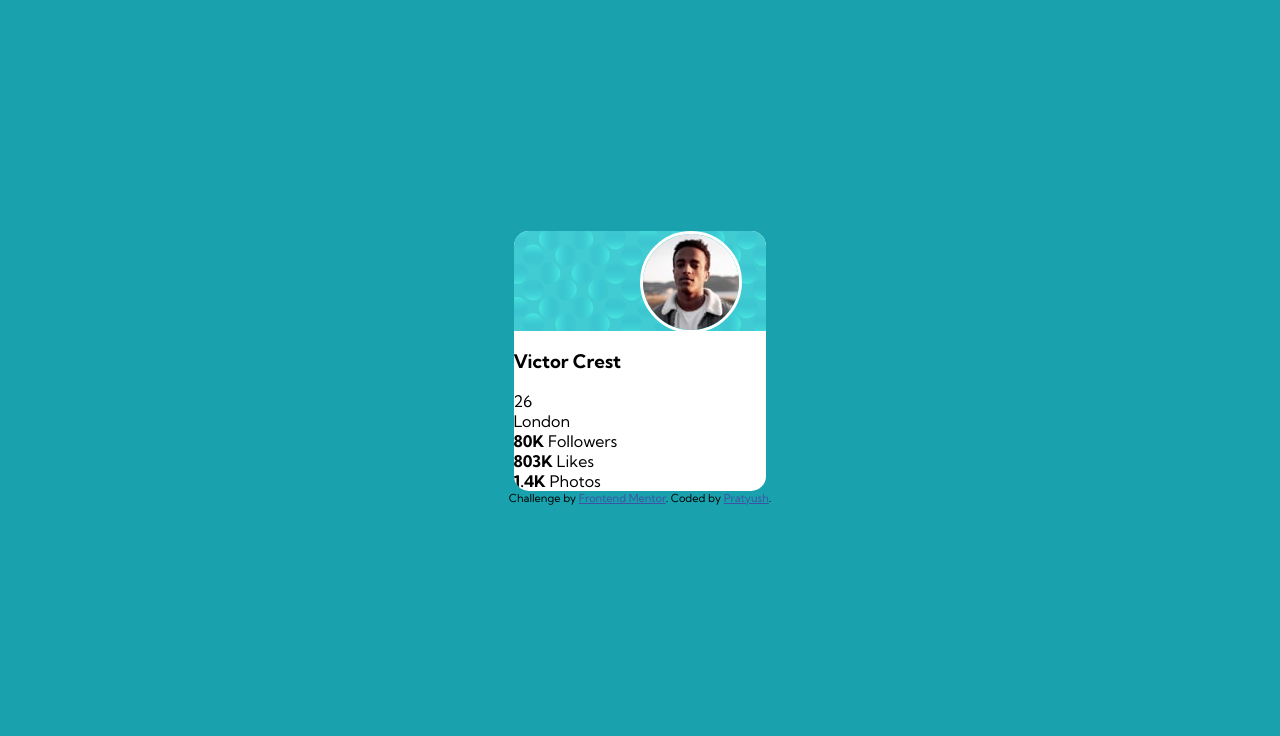
Repository: PratypartyY2K/frontendmentor-challenges
Page: profile-card-component-main/index.html
The author's editor kept a copy of each file at every save. The page is drawn from the files as they stood at one save, then again after the next save.
The browser window is 1280 px wide. The pictures show the whole page.

Above is the page before, as saved 2021-07-15 13:16:00.

After the next save:
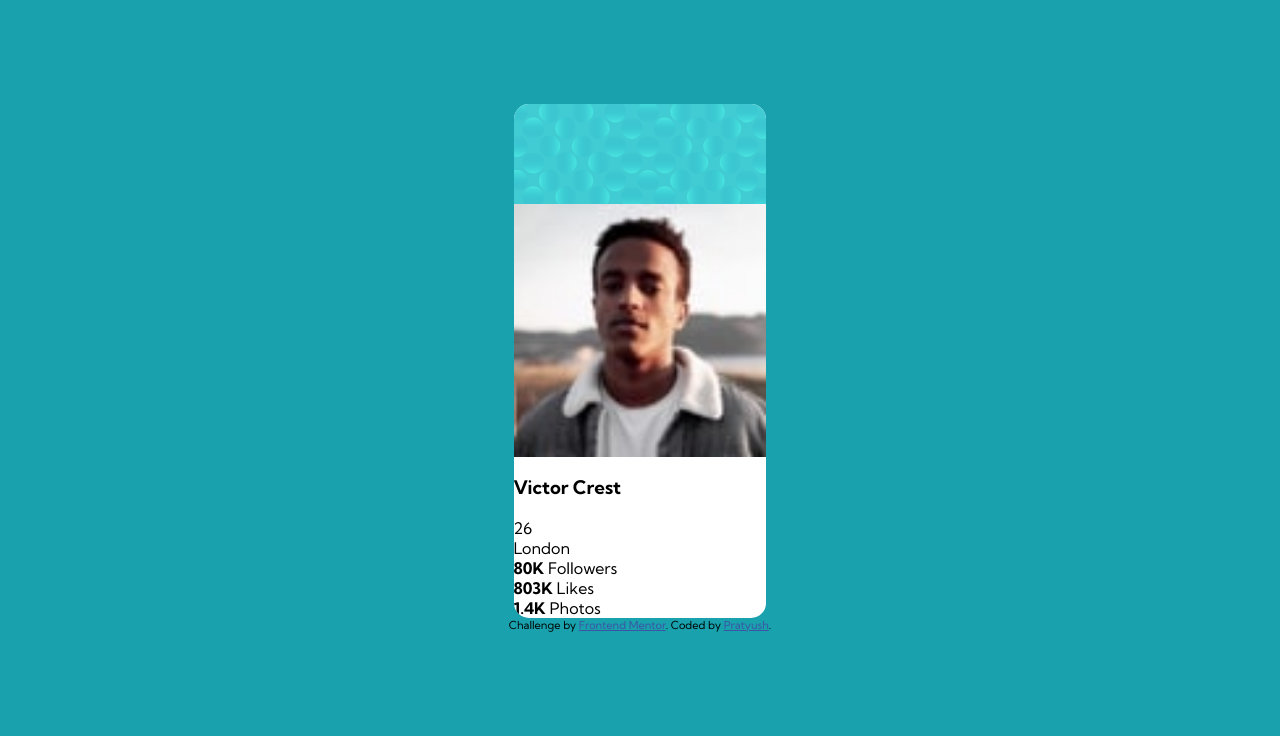
Saved 11 s later.
--- a/profile-card-component-main/style.css
+++ b/profile-card-component-main/style.css
@@ -36,7 +36,7 @@ body {
     height: 100px;
 }
 
-.card-wrapper > img {
+.card-wrapper + img {
     position: absolute;
     border-radius: 50%;
     border: 3px solid white;

After the save that followed:
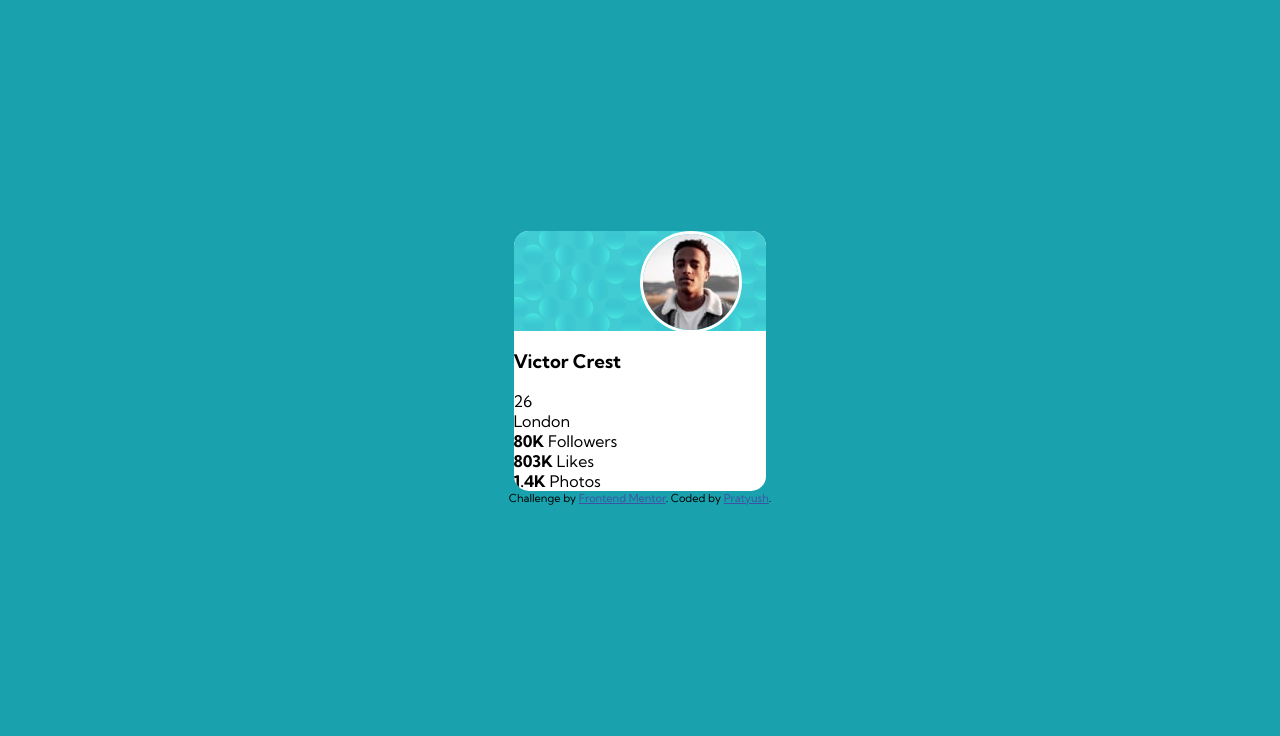
Saved 5 s later.
--- a/profile-card-component-main/style.css
+++ b/profile-card-component-main/style.css
@@ -36,7 +36,7 @@ body {
     height: 100px;
 }
 
-.card-wrapper + img {
+.card-wrapper > img {
     position: absolute;
     border-radius: 50%;
     border: 3px solid white;
